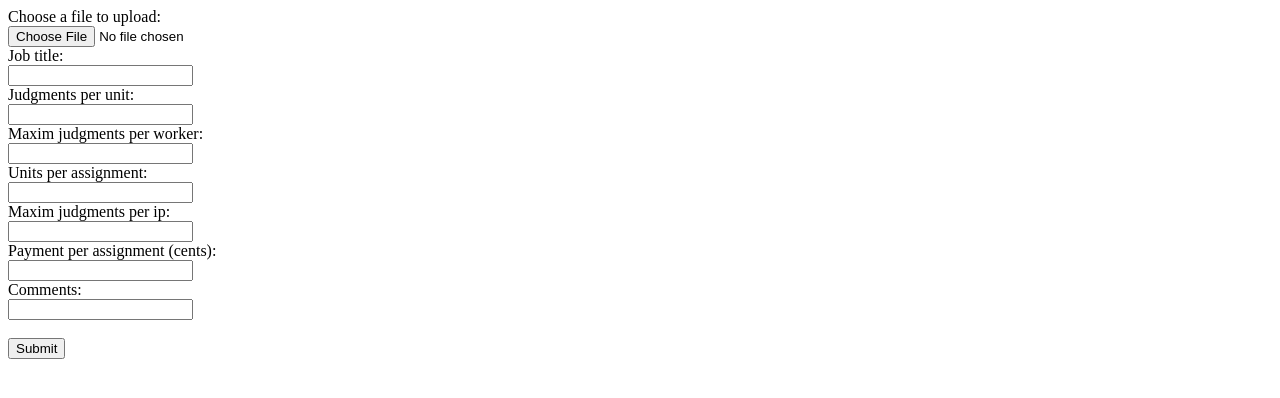
Repository: laroyo/watsonc
Page: http://localhost/oana/index.php
The author's editor kept a copy of each file at every save. The page is drawn from the files as they stood at one save, then again after the next save.
The browser window is 1280 px wide. The pictures show the whole page.
The page is run by PHP 8.4 with error messages shown; the project is at /var/www/html/.

Above is the page before, as saved 2013-03-06 09:03:47.

### GUI/stift7/hui/oana/index.php
<html>
<head>
<title> Create a CrowdFlower job </title>
</head>
<body>
<form enctype="multipart/form-data" action="/oana/indexcrowdflower.php" method="POST">
<div class="borderframe"  >
	<div class="labelfield">Choose a file to upload:</div>
	<div class="inputfield"><input name="uploadedfile" type="file"  /></div>
	<div class="labelfield">Job title:</div>
	<div class="inputfield"><input type="text" name="title" /></div>
	<div class="labelfield">Judgments per unit:</div>
	<div class="inputfield"><input type="text" name="judgments_per_unit" /></div>
	<div class="labelfield">Maxim judgments per worker:</div>
	<div class="inputfield"><input type="text" name="max_judgments_per_worker" /></div>
	<div class="labelfield">Units per assignment:</div>
	<div class="inputfield"><input type="text" name="units_per_assignment" /></div>
	<div class="labelfield">Maxim judgments per ip:</div>
	<div class="inputfield"><input type="text" name="max_judgments_per_ip" /></div>
	<div class="labelfield">Payment per assignment (cents):</div>
	<div class="inputfield"><input type="text" name="payment" /></div>
	<div class="labelfield" t>Comments:</div>
	<div class="inputfield"><input type="text" name="payment" /></div>
	<div class="labelfield">&nbsp;</div>
	<div class="inputfield"><input type="submit" value="Submit" /></div>
	</div>
</form>
</body>
</html>

After the next save:
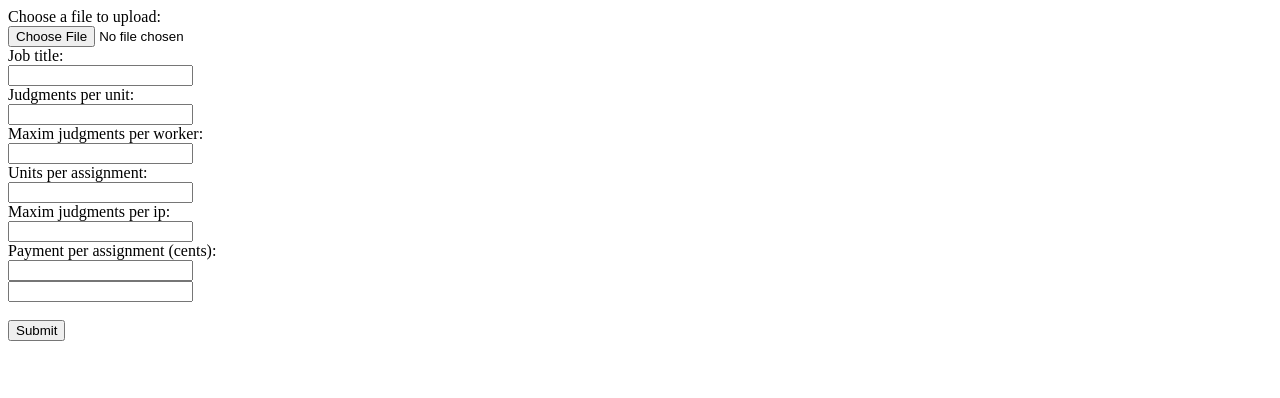
Saved 2 min 58 s later.
--- a/GUI/stift7/hui/oana/index.php
+++ b/GUI/stift7/hui/oana/index.php
@@ -19,7 +19,7 @@
 	<div class="inputfield"><input type="text" name="max_judgments_per_ip" /></div>
 	<div class="labelfield">Payment per assignment (cents):</div>
 	<div class="inputfield"><input type="text" name="payment" /></div>
-	<div class="labelfield" t>Comments:</div>
+	<div class="labelfield" title = "The purposes or notes of creating the job>Comments:</div>
 	<div class="inputfield"><input type="text" name="payment" /></div>
 	<div class="labelfield">&nbsp;</div>
 	<div class="inputfield"><input type="submit" value="Submit" /></div>

After the save that followed:
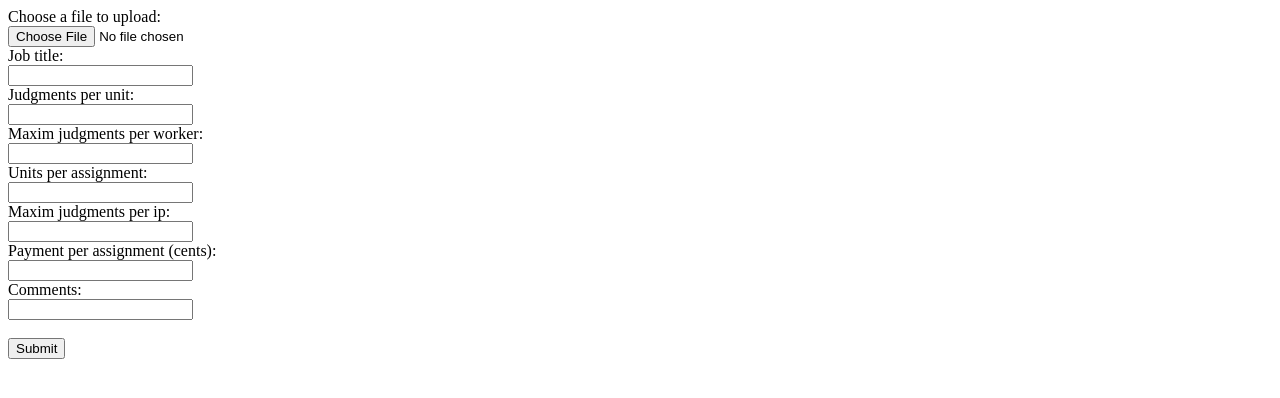
Saved 102 s later.
--- a/GUI/stift7/hui/oana/index.php
+++ b/GUI/stift7/hui/oana/index.php
@@ -19,7 +19,7 @@
 	<div class="inputfield"><input type="text" name="max_judgments_per_ip" /></div>
 	<div class="labelfield">Payment per assignment (cents):</div>
 	<div class="inputfield"><input type="text" name="payment" /></div>
-	<div class="labelfield" title = "The purposes or notes of creating the job>Comments:</div>
+	<div class="labelfield" title = "The purposes or notes of creating the job">Comments:</div>
 	<div class="inputfield"><input type="text" name="payment" /></div>
 	<div class="labelfield">&nbsp;</div>
 	<div class="inputfield"><input type="submit" value="Submit" /></div>
